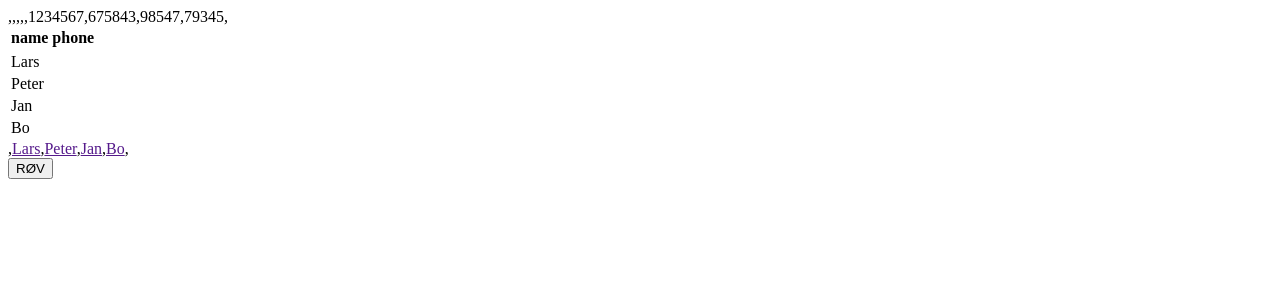
Repository: MukHansen/flow2uge2
Page: Tirsdag/CallBacksAndMore.html
These files come from the project's save history. The page is drawn as it stood at one moment and after the next save; the edit follows.
The browser window is 1280 px wide. The pictures show the whole page.

Above is the page before, as saved 2019-09-25 10:12:14.

### Tirsdag/CallBacksAndMore.html
<!DOCTYPE html>
<html>
    <head>
        <title>Start Page</title>
        <meta http-equiv="Content-Type" content="text/html; charset=UTF-8">
        <script src="CallBacksAndMore.js" defer></script>
    </head>
    <body onload="startUp()">
        <div id="tableDiv" onload="newTablefunc()">

        </div>
        <div id="navDiv" onload="newMapfunc()">

        </div>
        <button onclick="myFilteredNames()">RØV</button>
    </body>
</html>

### Tirsdag/CallBacksAndMore.js

/*
1) Using existing functions that takes a callback as an argument
Using the filter method:
Declare a JavaScript array and initialize it with some names
(Lars, Jan, Peter, Bo, Frederik etc.).
Use the filter method to create a new array with only names that contains the letter ‘a’.
*/
console.log("1)");
var names = ["Lars", "Jan", "Peter", "Bo", "Frederik", "Connie", "Jonna", "Ulla", "Arne"];
console.log(names);
function myFilteredNames(namesArray) {
    return namesArray.includes('a');
}
var newNames = names.filter((name) => name.includes('a'));
console.log(newNames);

/*
Using the map method:
Use the names-array created above, and, using its map method, create a new array with all names reversed.
*/

function myMappedNames(namesArray) {
    return names.map(name => name.split("").reverse().join(""))
}

var revNames = names.reverse();
console.log(revNames);
console.log(names.map(name => name.split("").reverse().join("")));
/*
2)Implement user defined functions that take callbacks as an argument
a) Implement a function: myFilter(array, callback)that takes an array as the first argument,
 and a callback as the second and returns a new (filtered) array according to the code provided in the callback
 (this method should provide the same behaviour as the original filter method).
*/
console.log("2)");
function myFilter(arr, callback) {
    var newArr = [];
    for (let i = 0; i < arr.length; i++) {
        if (callback(arr[i], i, arr)) {
            newArr.push(arr[i]);
        }
    }
    return newArr;
}
console.log(myFilter(names, myFilteredNames));
/*
b) Implement a function: myMap(array, callback)that, provided an array and a callback,
provides the same functionality as calling the existing map method on an array.
*/

function myMap(arr, callback) {
    var newArr = [];
    newArr.push(myMappedNames(newArr));
    return newArr;
}
console.log("---------------" + myMap(names, myMappedNames));
console.log("TEST " + myMappedNames(names));

/*
4) Getting really comfortable with filter and map

a) Given this array: var numbers = [1, 3, 5, 10, 11];
Use map + a sufficient callback to map numbers into this array:
var result = [4,8,15,21,11];
*/

var numbers = [1, 3, 5, 10, 11];

function add(n1, n2){
return n1 + n2;
}

function numbersAdd(numbs, callback) {
    var newNumbs = [];
    for (let i = 0; i < numbs.length; i++) {
        if (i != numbs.length - 1) {
            newNumbs.push(callback(numbs[i], numbs[i + 1]));
        }else{
            newNumbs.push(numbs[i]);
        }

    }
    return newNumbs;
}
// console.log(numbers.map((n => n + n)));
console.log("4,a) " + numbersAdd(numbers, add));

/*
b) Use map() to create the <a>’s for a navigation set and eventually
 a string like below (use join() to get the string of <a>’s):
 */

 function newMapfunc(){
    var deezNames = ["Lars", "Peter", "Jan", "Bo"];
    var myNewMap = [];
    for (let i = 0; i < deezNames.length; i++) {
        myNewMap.push('<a href="">' + deezNames[i] + "</a>" );
    };
    myNewMap.unshift("<nav>");
    myNewMap.push("</nav>");
    return myNewMap;
 }

 console.log("4,b)");
 console.log(newMapfunc());
 console.log(newMapfunc().join(""));

 /*
 c) Use map()+(join + ..) to create a string,
representing a two column table, for the data given below:
var names = [{name:"Lars",phone:"1234567"}, {name: "Peter",phone: "675843"},
     {name: "Jan", phone: "98547"},{name: "Bo", phone: "79345"}];
*/

function newTablefunc(){
    var deezGivenNames = [{name:"Lars",phone:"1234567"},
     {name: "Peter",phone: "675843"},
      {name: "Jan", phone: "98547"},
      {name: "Bo", phone: "79345"}];
    var myNewMap = ["<tr>", "<th>name</th>", "<th>phone</th>", "<tr>"];
    for (let i = 0; i < deezGivenNames.length; i++) {
        myNewMap.push("<tr><td>" + deezGivenNames[i].name + "</td></td>" + deezGivenNames[i].phone + "</td></tr>" );
    }
    myNewMap.unshift("<table>");
    myNewMap.push("</table");
    return myNewMap;
 }
 console.log("4,c)" + newTablefunc().join(""));

 function startUp() {
    document.getElementById("tableDiv").innerHTML = newTablefunc();
    document.getElementById("navDiv").innerHTML = newMapfunc();
}
;

After the next save:
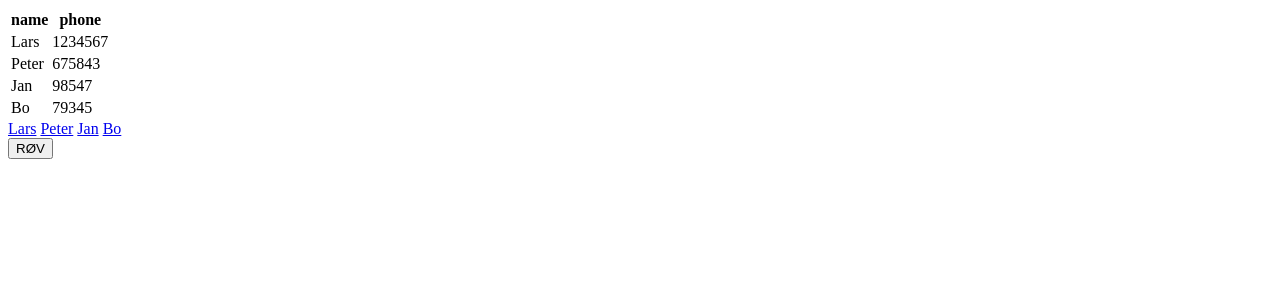
Console error: TypeError: Cannot set properties of null (setting 'innerHTML')
Saved 3 days later.
--- a/Tirsdag/CallBacksAndMore.js
+++ b/Tirsdag/CallBacksAndMore.js
@@ -9,11 +9,28 @@ Use the filter method to create a new array with only names that contains the le
 console.log("1)");
 var names = ["Lars", "Jan", "Peter", "Bo", "Frederik", "Connie", "Jonna", "Ulla", "Arne"];
 console.log(names);
+
 function myFilteredNames(namesArray) {
-    return namesArray.includes('a');
+    // return filteredArr = namesArray.includes('a');
+    var filteredArr = names.filter((name) => name.includes('a'))
+    return filteredArr;
 }
+function myFilteredNames2(names) {
+    var newArray = [];
+    names.forEach(element => {
+        if (myFilteredNames(element)) {
+            newArray.push(element);
+        }
+    });
+    names.forEach(element => {
+
+    });
+    return newArray;
+}
+
 var newNames = names.filter((name) => name.includes('a'));
 console.log(newNames);
+console.log("TEST" + myFilteredNames(names));
 
 /*
 Using the map method:
@@ -37,7 +54,7 @@ console.log("2)");
 function myFilter(arr, callback) {
     var newArr = [];
     for (let i = 0; i < arr.length; i++) {
-        if (callback(arr[i], i, arr)) {
+        if (callback(arr[i], i, arr)) { // calling a function returning a bolean
             newArr.push(arr[i]);
         }
     }
@@ -67,8 +84,8 @@ var result = [4,8,15,21,11];
 
 var numbers = [1, 3, 5, 10, 11];
 
-function add(n1, n2){
-return n1 + n2;
+function add(n1, n2) {
+    return n1 + n2;
 }
 
 function numbersAdd(numbs, callback) {
@@ -76,7 +93,7 @@ function numbersAdd(numbs, callback) {
     for (let i = 0; i < numbs.length; i++) {
         if (i != numbs.length - 1) {
             newNumbs.push(callback(numbs[i], numbs[i + 1]));
-        }else{
+        } else {
             newNumbs.push(numbs[i]);
         }
 
@@ -91,45 +108,90 @@ b) Use map() to create the <a>’s for a navigation set and eventually
  a string like below (use join() to get the string of <a>’s):
  */
 
- function newMapfunc(){
-    var deezNames = ["Lars", "Peter", "Jan", "Bo"];
-    var myNewMap = [];
-    for (let i = 0; i < deezNames.length; i++) {
-        myNewMap.push('<a href="">' + deezNames[i] + "</a>" );
-    };
-    myNewMap.unshift("<nav>");
-    myNewMap.push("</nav>");
-    return myNewMap;
- }
+/*function newMapfunc(){
+   var deezNames = ["Lars", "Peter", "Jan", "Bo"];
+   var myNewMap = [];
+   for (let i = 0; i < deezNames.length; i++) {
+       myNewMap.push('<a href="">' + deezNames[i] + "</a>" );
+   };
+   myNewMap.unshift("<nav>");
+   myNewMap.push("</nav>");
+   return myNewMap;
+}*/
 
- console.log("4,b)");
- console.log(newMapfunc());
- console.log(newMapfunc().join(""));
+var deezNames = ["Lars", "Peter", "Jan", "Bo"];
+function makeNavfunc(arr) {
+    var htmls = [];
+    htmls.push("<nav>");
+    var htmlA = arr.map(name => '<a href=””>' + name + '<\/a>\n');
+    htmls.push(htmlA.join(""));
+    htmls.push("</nav>");
+    return htmls.join("");;
+}
 
- /*
- c) Use map()+(join + ..) to create a string,
+//console.log("4,b)");
+//console.log(newMapfunc());
+//console.log(newMapfunc().join(""));
+console.log("4,b)" + makeNavfunc(deezNames));
+
+/*
+c) Use map()+(join + ..) to create a string,
 representing a two column table, for the data given below:
 var names = [{name:"Lars",phone:"1234567"}, {name: "Peter",phone: "675843"},
-     {name: "Jan", phone: "98547"},{name: "Bo", phone: "79345"}];
+    {name: "Jan", phone: "98547"},{name: "Bo", phone: "79345"}];
 */
+var deezGivenNames = [{ name: "Lars", phone: "1234567" },
+{ name: "Peter", phone: "675843" },
+{ name: "Jan", phone: "98547" },
+{ name: "Bo", phone: "79345" }];
 
-function newTablefunc(){
-    var deezGivenNames = [{name:"Lars",phone:"1234567"},
-     {name: "Peter",phone: "675843"},
-      {name: "Jan", phone: "98547"},
-      {name: "Bo", phone: "79345"}];
+/* function newTablefunc(array) {
     var myNewMap = ["<tr>", "<th>name</th>", "<th>phone</th>", "<tr>"];
-    for (let i = 0; i < deezGivenNames.length; i++) {
-        myNewMap.push("<tr><td>" + deezGivenNames[i].name + "</td></td>" + deezGivenNames[i].phone + "</td></tr>" );
+    for (let i = 0; i < array.length; i++) {
+        myNewMap.push("<tr><td>" + array[i].name + "</td></td>" + array[i].phone + "</td></tr>");
     }
     myNewMap.unshift("<table>");
     myNewMap.push("</table");
     return myNewMap;
- }
- console.log("4,c)" + newTablefunc().join(""));
+}
 
- function startUp() {
-    document.getElementById("tableDiv").innerHTML = newTablefunc();
-    document.getElementById("navDiv").innerHTML = newMapfunc();
+console.log("4,c)" + newTablefunc(deezGivenNames).join(""));*/
+
+function makeTablefunc(arr) {
+    var tableString = [];
+    tableString.push("<table><tbody><tr><th>name</th><th>phone</th></tr>")
+    console.log(arr);
+    arr.map(object => tableString.push("<tr><td>" + object.name + "</td><td>" + object.phone + "</td></tr>"));
+    tableString.push("</tbody></table>");
+    return tableString.join("");
+}
+console.log("4,c) " + makeTablefunc(deezGivenNames));
+// document.getElementById("tableDiv").innerHTML = newTablefunc().join("");
+var members = [
+    { name: "Peter", age: 18 },
+    { name: "Jan", age: 35 },
+    { name: "Janne", age: 25 },
+    { name: "Martin", age: 22 }]
+
+const avgerageAge = members.reduce((acc, p, idx, arr) => {
+    if (idx === arr.length - 1) {
+        return (acc + p.age) / arr.length;
+    }
+    return acc + p.age;
+}, 0);
+console.log("REDUCE " + avgerageAge);
+
+document.getElementById("navDiv").innerHTML = makeNavfunc(deezNames);
+document.getElementById("tableDiv").innerHTML = makeTablefunc(deezGivenNames);
+console.log(names);
+document.querySelector("#h1").innerHTML = "Opgave 4,c";
+
+function click() {
+    //   document.querySelector("#tableDiv").innerHTML = newNames;
+    //  document.getElementById("tableDiv").innerHTML = newTablefunc().join("");
+    document.querySelector("#h1").innerHTML = "Opgave 4,c Yo";
+    document.querySelector("#tableDiv").innerHTML = makeTablefunc(myFilteredNames2);
+
 }
 ;
+document.querySelector("#btn").addEventListener("click", click);
